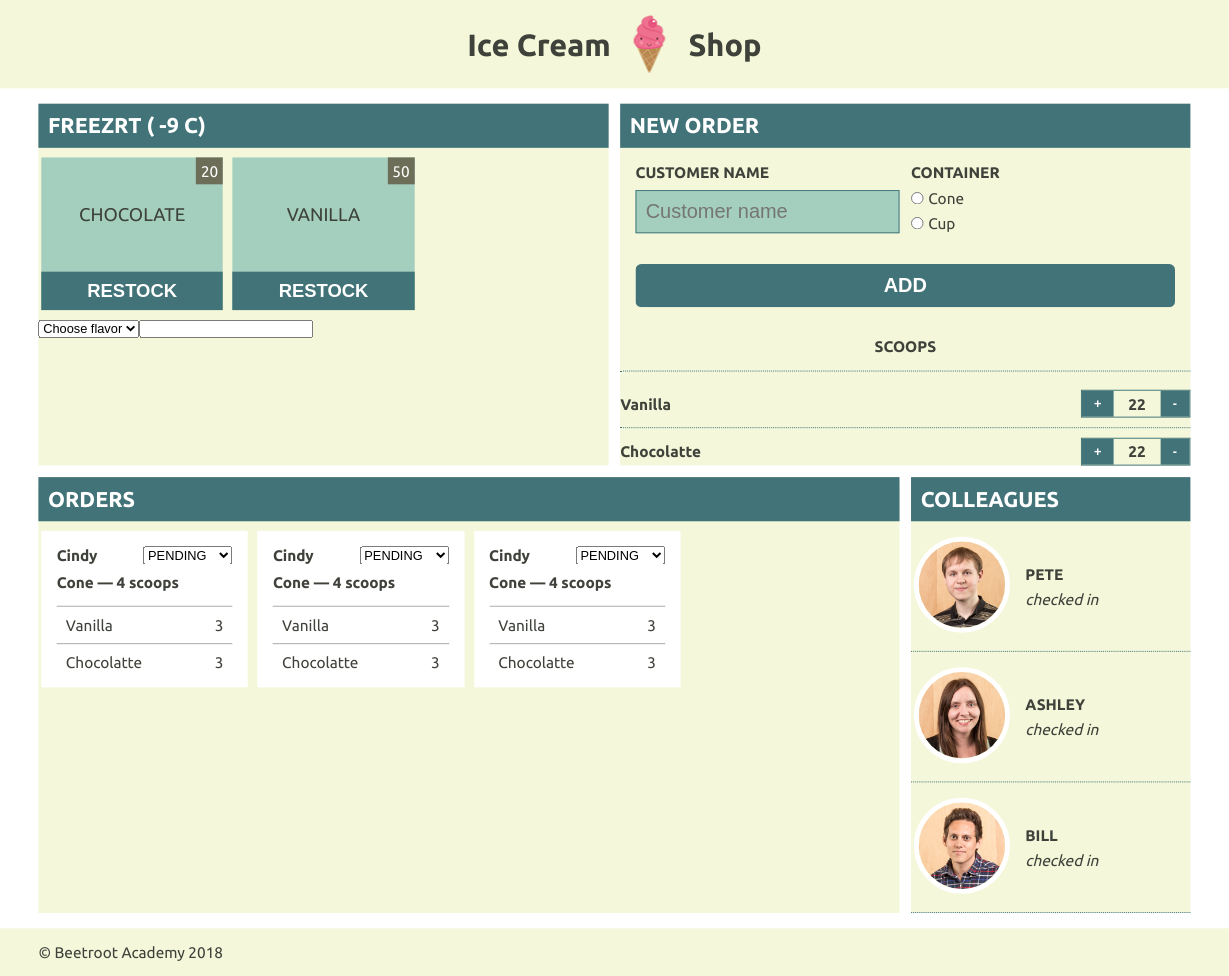
Repository: AlSemyon/Ice_Cream_Shop
Page: /
The author's editor kept a copy of each file at every save. The page is drawn from the files as they stood at one save, then again after the next save.
The browser window is 1280 px wide. The pictures show the whole page, at 96% of full size.
The project was rebuilt for these pictures with package versions that can differ from the ones it lists, and the page was loaded fresh each time.

Above is the page before, as saved 2019-01-06 11:24:07.

After the next save:
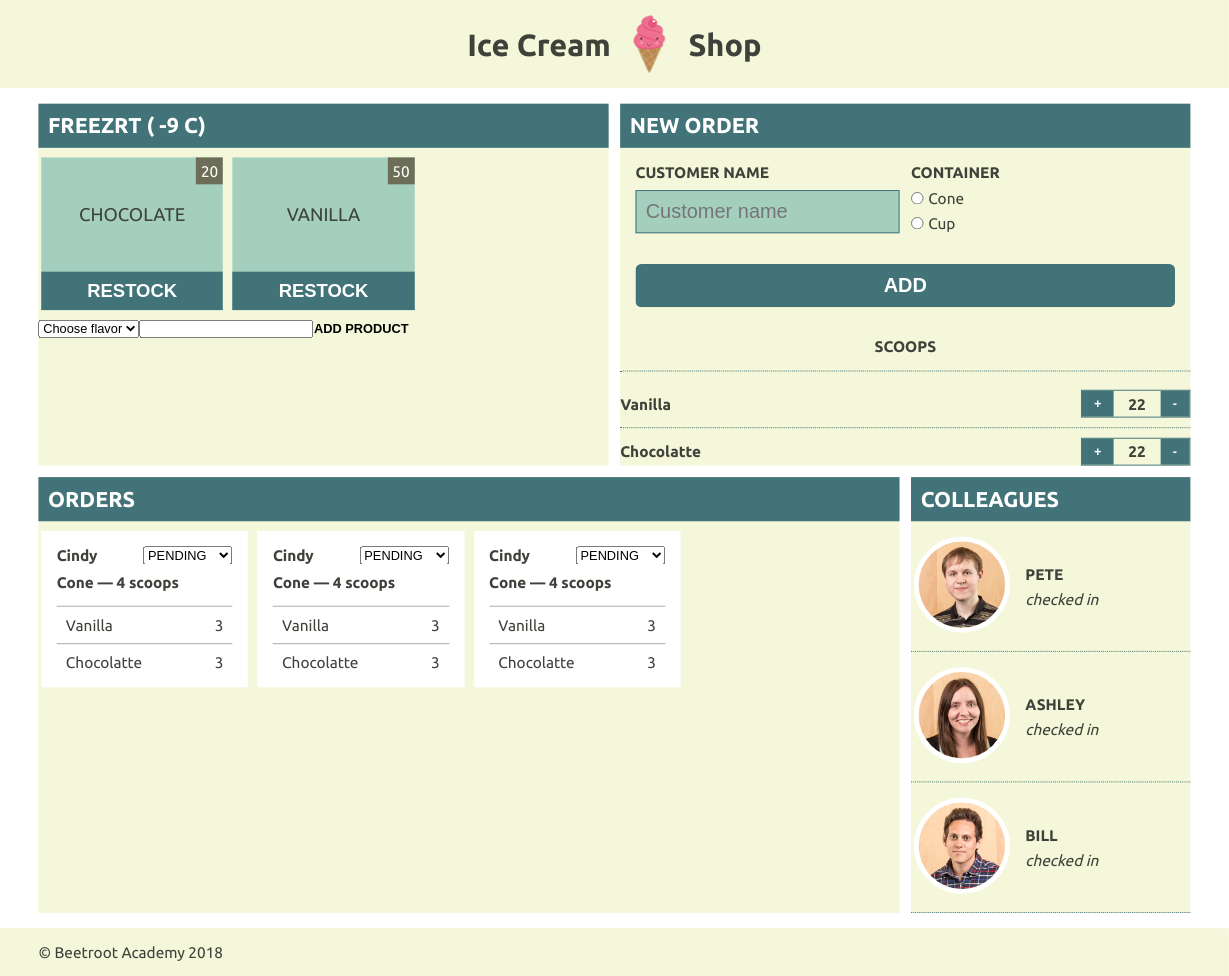
Saved 24 s later.
--- a/src/components/freezer/AddProductToFreezer.js
+++ b/src/components/freezer/AddProductToFreezer.js
@@ -24,6 +24,8 @@
                            className=""
                            name=""
                     />
+
+                    <button className=""> Add product</button>
                 </div>
             </form>
         )
